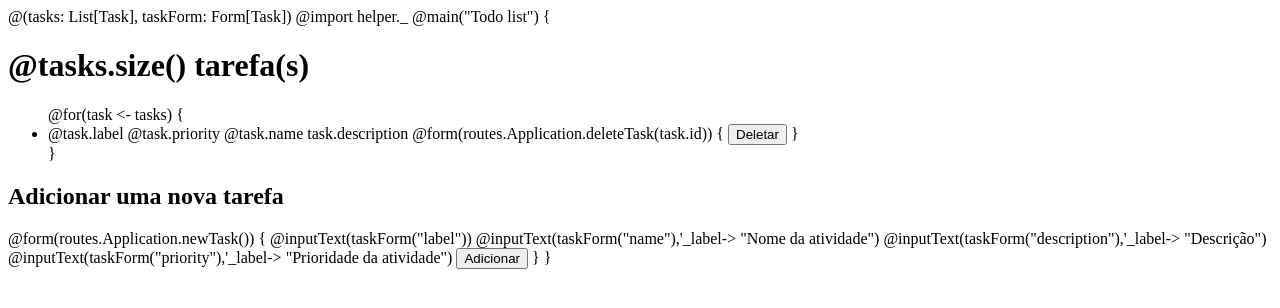
Repository: analuizamtg/si1
Page: lab2/todolist/.target/views/index.scala.html
An editor plug-in stored every save of this project. The page is shown before and after the next save, followed by the edit.
The browser window is 1280 px wide. The pictures show the whole page.

Above is the page before, as saved 2013-11-25 16:48:53.

After the next save:
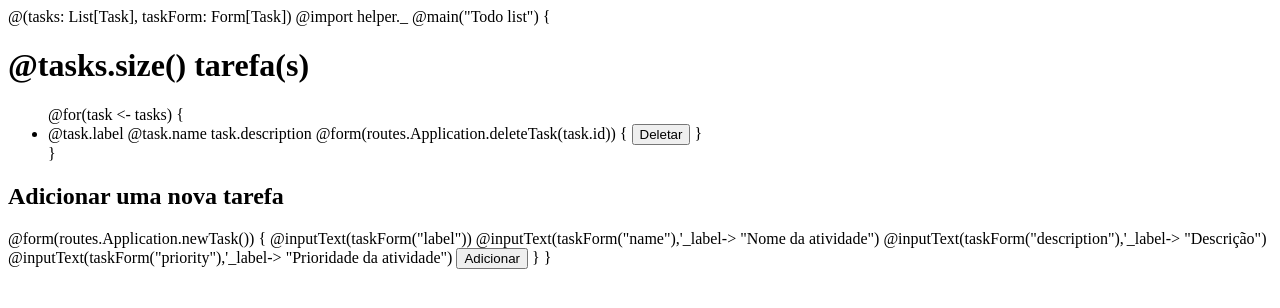
Saved 37 s later.
--- a/lab2/todolist/.target/views/index.scala.html
+++ b/lab2/todolist/.target/views/index.scala.html
@@ -10,7 +10,6 @@
         @for(task <- tasks) {
             <li>
                 @task.label
-                @task.priority
                 @task.name
                 task.description
 
